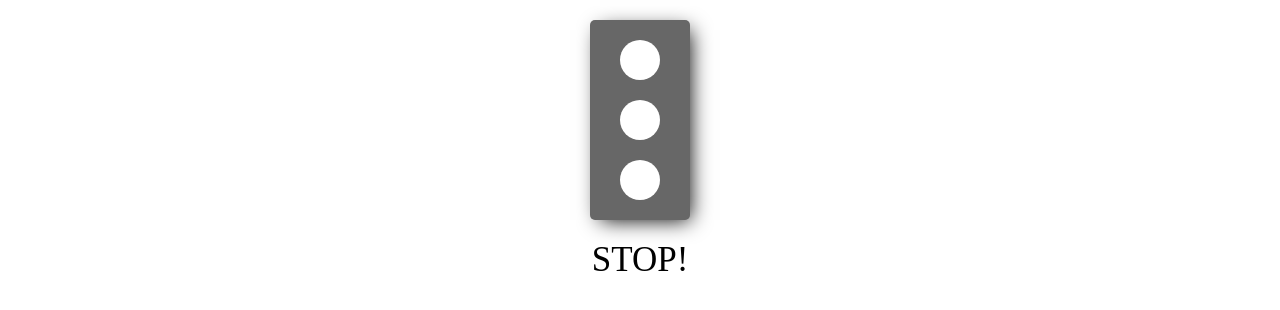
Repository: DoruFurtuna/skillup-semaphore-homework
Page: index.html
The author's editor kept a copy of each file at every save. The page is drawn from the files as they stood at one save, then again after the next save.
The browser window is 1280 px wide. The pictures show the whole page.

Above is the page before, as saved 2019-07-16 08:14:39.

### index.html
<!DOCTYPE html>
<html>
  <head>
    <title>Semaphore example</title>
    <link rel="stylesheet" href="./styles.css" />
    <script src="./scripts.js"></script>
  </head>
  <body>
    <ul id="semaphore">
      <li class="red"></li>
      <li class="yellow"></li>
      <li class="green"></li>
    </ul>
    <div id="message">STOP!</div>
  </body>
</html>

### styles.css
#message {
  font-size: 35px;
  text-align: center;
}

#semaphore {
  height: 200px;
  width: 100px;
  background: #676767;
  border-radius: 5px;
  box-shadow: 5px 5px 20px -5px black;
  cursor: pointer;
  list-style: none;
  display: flex;
  flex-direction: column;
  align-items: center;
  padding: 0;
  justify-content: space-evenly;
  margin: 20px auto;
}

#semaphore li {
  height: 40px;
  width: 40px;
  background: white;
  border-radius: 100%;
}

#red {
  background-color: rgba(226, 52, 52, 0.5);
}
#yellow {
  background-color: rgba(255, 255, 0, 0.5);
}
#green {
  background-color: rgba(0, 255, 0, 0.5);
}

#red.active {
  background-color: #e23434;
}
#yellow.active {
  background-color: yellow;
}
#green.active {
  background-color: lime;
}

Loaded but not shown: scripts.js (no stored copy; drawn as an empty file)

After the next save:
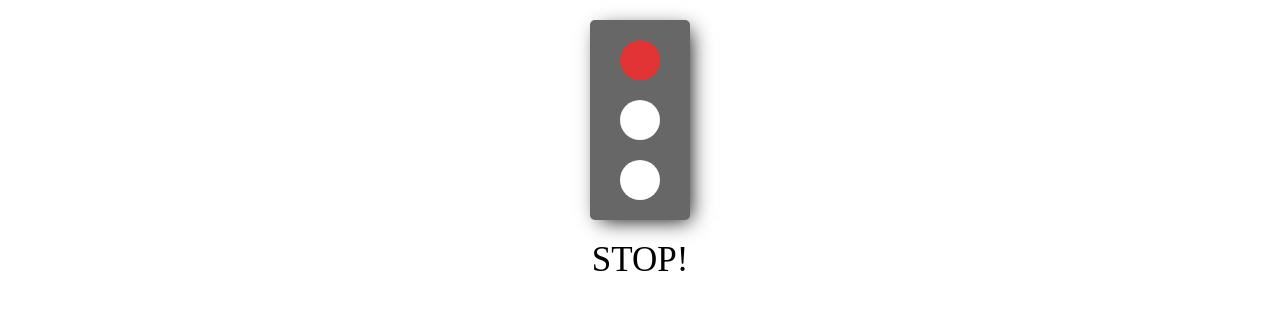
Saved 15 s later.
--- a/index.html
+++ b/index.html
@@ -7,9 +7,9 @@
   </head>
   <body>
     <ul id="semaphore">
-      <li class="red"></li>
-      <li class="yellow"></li>
-      <li class="green"></li>
+      <li id="red" class="active"></li>
+      <li id="yellow"></li>
+      <li id="green"></li>
     </ul>
     <div id="message">STOP!</div>
   </body>
